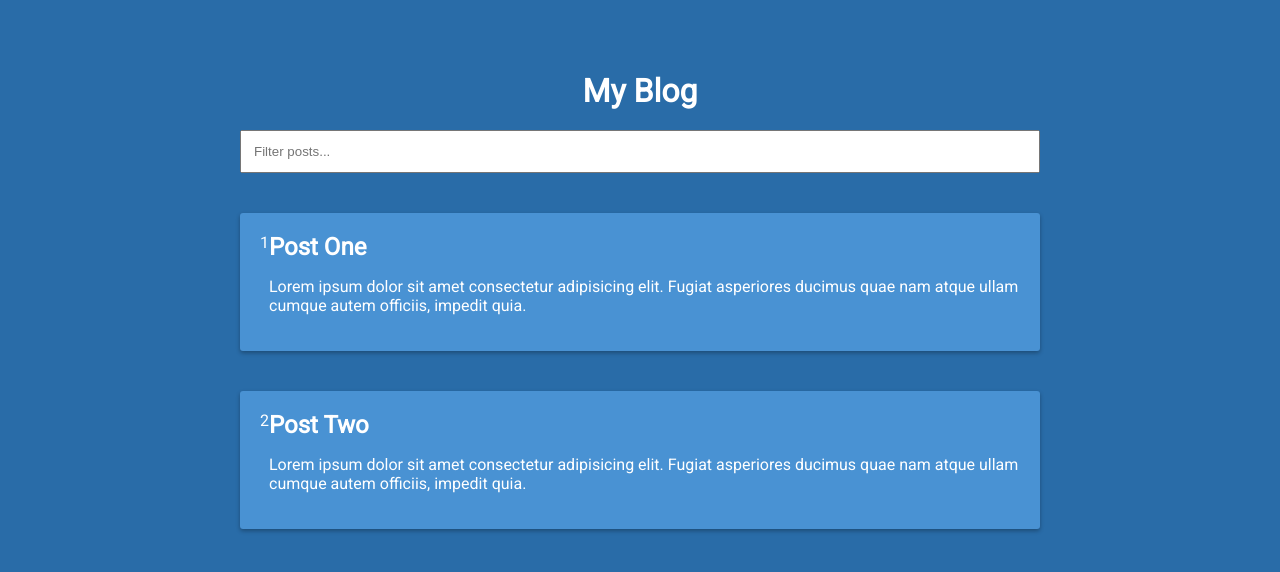
Repository: Youvelop/infiniteScroll
Page: index.html
The author's editor kept a copy of each file at every save. The page is drawn from the files as they stood at one save, then again after the next save.
The browser window is 1280 px wide. The pictures show the whole page.

Above is the page before, as saved 2020-06-30 17:37:55.

### index.html
<!DOCTYPE html>
<html lang="en">
  <head>
    <meta charset="UTF-8" />
    <meta name="viewport" content="width=device-width, initial-scale=1.0" />
    <link rel="stylesheet" href="style.css" />
    <title>Infinite Scroll</title>
  </head>
  <body>
    <h1>My Blog</h1>

    <div class="filter-container">
      <input
        type="text"
        id="filter"
        class="filter"
        placeholder="Filter posts..."
      />
    </div>

    <div id="post-container">
      <div class="post">
        <div class="number">1</div>
        <div class="post-info">
          <h2 class="post-title">Post One</h2>
          <p>
            Lorem ipsum dolor sit amet consectetur adipisicing elit. Fugiat
            asperiores ducimus quae nam atque ullam cumque autem officiis,
            impedit quia.
          </p>
        </div>
      </div>
      <div class="post">
        <div class="number">2</div>
        <div class="post-info">
          <h2 class="post-title">Post Two</h2>
          <p>
            Lorem ipsum dolor sit amet consectetur adipisicing elit. Fugiat
            asperiores ducimus quae nam atque ullam cumque autem officiis,
            impedit quia.
          </p>
        </div>
      </div>
    </div>

    <div class="loader">
      <div class="circle"></div>
      <div class="circle"></div>
      <div class="circle"></div>
    </div>

    <script src="script.js"></script>
  </body>
</html>

### style.css
@import url('https://fonts.googleapis.com/css?family=Roboto&display=swap');

* {
  box-sizing: border-box;
}
body {
  background-color: #296ca8;
  color: #fff;
  font-family: 'Roboto', sans-serif;
  display: flex;
  flex-direction: column;
  align-items: center;
  justify-content: center;
  min-height: 100vh;
  margin: 0;
  padding-bottom: 100px;
}

h1 {
  margin-bottom: 0;
  text-align: center;
}

.filter-container {
  margin-top: 20px;
  width: 80vw;
  max-width: 800px;
}

.filter {
  width: 100%;
  padding: 12px;
}

.post {
  position: relative;
  background-color: #4992d3;
  box-shadow: 0 2px 4px rgba(0, 0, 0, 0.3);
  border-radius: 3px;
  padding: 20px;
  margin: 40px;
  display: flex;
  width: 80vw;
  max-width: 800px;
}

.post .post-title {
  margin: 0;
}

.post .post-body {
  margin: 15px 0 0;
  line-height: 1.3;
}

Loaded but not shown: script.js (no stored copy; drawn as an empty file)

After the next save:
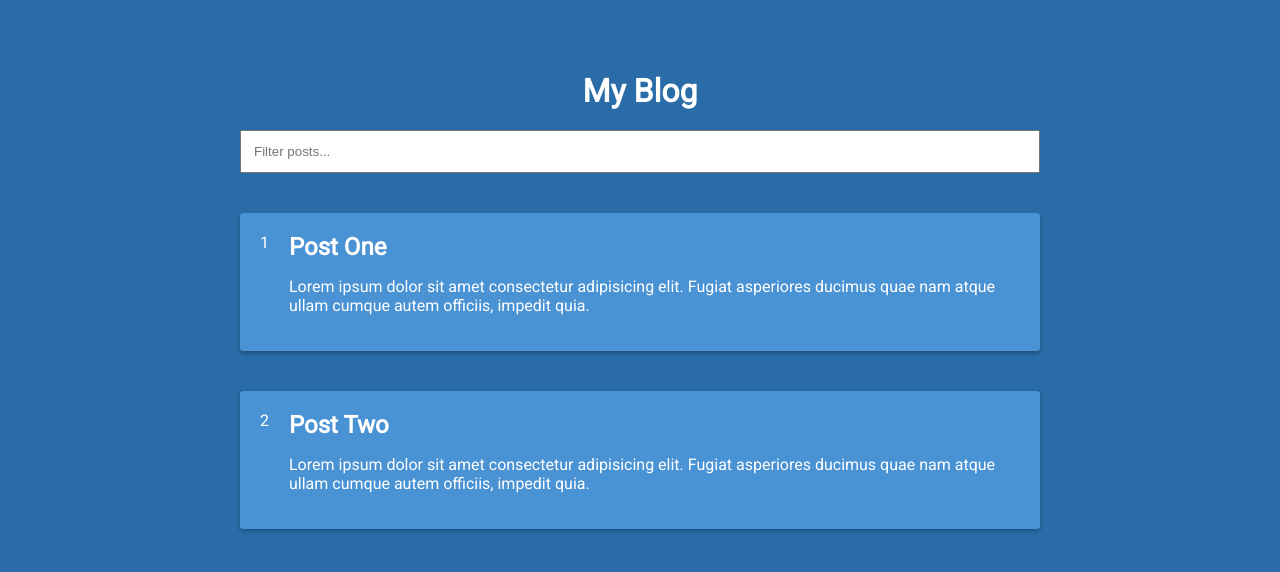
Saved 17 s later.
--- a/style.css
+++ b/style.css
@@ -52,3 +52,7 @@ h1 {
   margin: 15px 0 0;
   line-height: 1.3;
 }
+
+.post .post-info {
+  margin-left: 20px;
+}
